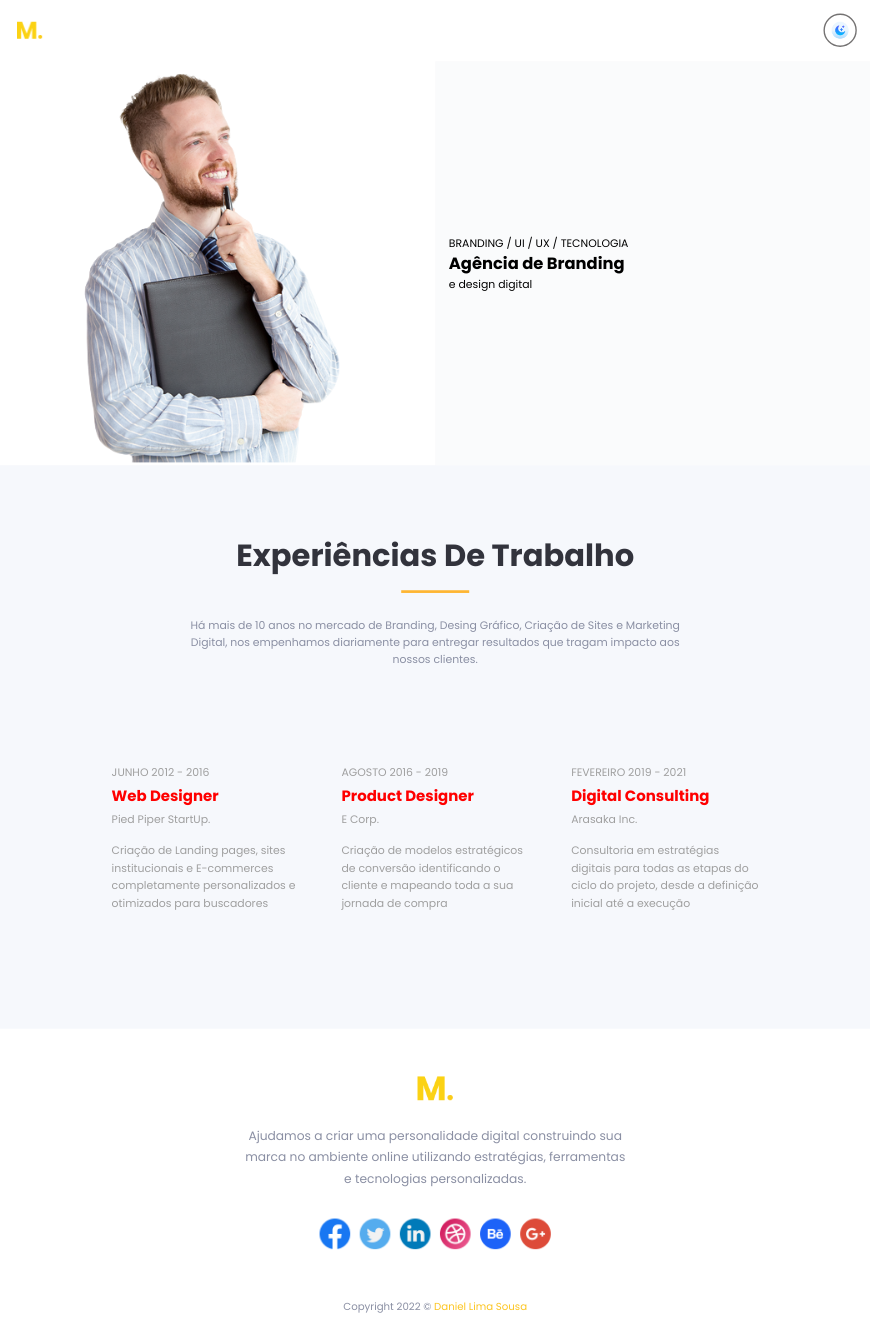
Repository: Daniells642/agencia-digital
Page: /
An editor plug-in stored every save of this project. The page is shown before and after the next save, followed by the edit.
The browser window is 1280 px wide. The pictures show the whole page, at 68% of full size.
The project was rebuilt for these pictures with package versions that can differ from the ones it lists, and the page was loaded fresh each time.

Above is the page before, as saved 2022-12-02 21:20:33.

### public/index.html
<!DOCTYPE html>
<html lang="pt-br">
  <head>
    <meta charset="utf-8" />
    <link rel="icon" href="assets/logo.png" />
    <meta name="viewport" content="width=device-width, initial-scale=1" />
    <meta name="theme-color" content="#000000" />
    <meta name="description"content="Web site created using create-react-app"/>
    <link rel="apple-touch-icon" href="%PUBLIC_URL%/logo192.png" />
    <link rel="manifest" href="%PUBLIC_URL%/manifest.json" />
    <link rel="preconnect" href="https://fonts.googleapis.com">
    <link rel="preconnect" href="https://fonts.gstatic.com" crossorigin>
    <link href="https://fonts.googleapis.com/css2?family=Poppins:wght@400;500;600;700;800;900&display=swap" rel="stylesheet">
    <title>Agência Digital</title>

  </head>
  <body>
    <noscript>You need to enable JavaScript to run this app.</noscript>
    <div id="root"></div>
    <!--
      This HTML file is a template.
      If you open it directly in the browser, you will see an empty page.

      You can add webfonts, meta tags, or analytics to this file.
      The build step will place the bundled scripts into the <body> tag.

      To begin the development, run `npm start` or `yarn start`.
      To create a production bundle, use `npm run build` or `yarn build`.
    -->
  </body>
</html>

### src/App.js
import Rodape from "./componentes/Rodape";
import SecaoExperienciaTrabalho from "./componentes/SecaoExperienciaTrabalho";
import Topo from "./componentes/Topo";
import SecaoBanner from "./componentes/SecaoBanner";
import "./App.css";
import React, { useState } from 'react';



function App() {

  const [ehTemaEscuro, setTemaEscuro] = useState(false)

  const alterarTema = () => {
    setTemaEscuro(!ehTemaEscuro)
  }

  return (
    <main>
      <Topo alterarTema={alterarTema} ehTemaEscuro={ehTemaEscuro} />
      <SecaoBanner alterarTema={alterarTema} ehTemaEscuro={ehTemaEscuro} />
      <SecaoExperienciaTrabalho alterarTema={alterarTema} ehTemaEscuro={ehTemaEscuro} />
      <Rodape alterarTema={alterarTema} ehTemaEscuro={ehTemaEscuro} />
    </main>
  );
}

export default App;

### src/componentes/Rodape/index.jsx
import './style.css';
import Logo from '../../assets/logo.png';
import iconeFacebook from '../../assets/facebook.png';
import iconeTwitter from '../../assets/twitter.png';
import iconeLinkedin from '../../assets/linkedin.png';
import iconeDribble from '../../assets/dribble.png';
import iconeBehance from '../../assets/behance.png';
import iconeGooglePlus from '../../assets/google-plus.png';

export default function Rodape(props) {
  return(
    <footer className={props.ehTemaEscuro ? 'rodape-modo-escuro' : 'rodape-modo-claro'}>
      <img src={Logo} alt="logomarca"/>
      <p className="paragrafo">
        Ajudamos a criar uma personalidade digital construindo sua marca no ambiente online utilizando estratégias,
        ferramentas e tecnologias personalizadas.
      </p>
      <div className="iconesRodape">
        <img src={iconeFacebook} alt="facebook"/>
        <img src={iconeTwitter} alt="twitter"/>
        <img src={iconeLinkedin} alt="linkedin"/>
        <img src={iconeDribble} alt="dribble"/>
        <img src={iconeBehance} alt="behance"/>
        <img src={iconeGooglePlus} alt="google plus"/>
      </div>
      <div className={props.ehTemaEscuro ? 'borda-rodape-escuro' : ''}>
        <p className="copyright">Copyright 2022 &copy; <span>Daniel Lima Sousa</span></p>
      </div>
    </footer>
  )
}

### src/componentes/SecaoExperienciaTrabalho/index.jsx
import Card from '../Card';
import './style.css';

export default function SecaoExperienciaTrabalho(props) {
    return (
      <section id='secao-experiencia' className={props.ehTemaEscuro ? 'secao-modo-escuro' : 'secao-modo-claro'}>

            <div id='container-texto' className={props.ehTemaEscuro ? 'texto-modo-escuro' : 'texto-modo-claro'}>
                <h1>Experiências De Trabalho</h1>
                <p> Há mais de 10 anos no mercado de Branding, Desing Gráfico, Criação de
                Sites e Marketing Digital, nos empenhamos diariamente para entregar
                resultados que tragam impacto aos nossos clientes.
                </p>
            </div>

            <div className="container-cards limitar-secao">
              <Card
                data="JUNHO 2012 - 2016"
                titulo="Web Designer"
                empresa="Pied Piper StartUp."
                paragrafo="Criação de Landing pages, sites institucionais e E-commerces completamente personalizados e otimizados para buscadores"
              />
              <Card
                data="AGOSTO 2016 - 2019"
                titulo="Product Designer"
                empresa="E Corp."
                paragrafo="Criação de modelos estratégicos de conversão identificando o cliente e mapeando toda a sua jornada de compra"
              />
              <Card
                data="FEVEREIRO 2019 - 2021"
                titulo="Digital Consulting"
                empresa="Arasaka Inc."
                paragrafo="Consultoria em estratégias digitais para todas as etapas do ciclo do projeto, desde a definição inicial até a execução"
              />
        </div>



      </section>
    );
  }

### src/componentes/Topo/index.jsx
import './style.css';
import Logo from '../../assets/logo.png';
import iconeSol from '../../assets/sun.png';
import iconeLua from '../../assets/moon.png';

export default function Topo(props) {
    return (
      <header className={props.ehTemaEscuro ? "topo-modo-escuro" : "topo-modo-claro"}>
            <img className="logo" src={Logo} alt="Logotipo"/>
            <button onClick={props.alterarTema} className={props.ehTemaEscuro ? 'botao-modo-escuro' : 'botao-modo-claro'}>
                <img className="btn-icone" src={props.ehTemaEscuro ? iconeSol : iconeLua} alt="ícone para alterar o tema"/>
            </button>
      </header>
    );
  }

### src/componentes/SecaoBanner/index.jsx
import './style.css';

export default function SecaoBanner(props) {
    return (
            <section id='secaoBanner'>

              <div id='imagemFundo' className={props.ehTemaEscuro ? 'fundo-modo-escuro' : 'fundo-modo-claro'}> </div>

              <div className="texto-secao-banner">
                  <p>BRANDING / UI / UX / TECNOLOGIA</p>
                  <h1>Agência de Branding</h1>
                  <span>e design digital</span>
              </div>

            </section>
    );
  }

### src/App.css
*{
  margin: 0;
  padding: 0;
  box-sizing: border-box;
  font-family: 'Poppins', sans-serif;
}

### src/componentes/Rodape/style.css
footer {
    display: flex;
    flex-direction: column;
    align-items: center;
    justify-content: center;
    padding-top: 70px;
  }
  .paragrafo {
    padding: 0px 20px;
    font-size: 18px;
    font-weight: 300;
    color: #8a8fa3;
    max-width: 600px;
    line-height: 32px;
    text-align: center;
    margin: 36px auto 42px;
  }
  .iconesRodape {
    display: flex;
    justify-content: space-around;
    width: 100%;
    max-width: 375px;
    padding: 0px 10px;
    margin-bottom: 50px;
  }
  .iconesRodape img {
    width: 45px;
    cursor: pointer;
  }
  .copyright {
    width: 100%;
    font-size: 15px;
    font-weight: 300;
    line-height: 28px;
    color: #8a8fa3;
    padding: 20px 0px;
    text-align: center;
  }

  .copyright span {
    color: #fcc520;
  }
  /*modo claro*/
  .rodape-modo-claro {
    background-color: #fff;
  }
  /*modo escuro*/
  .rodape-modo-escuro {
    background-color: #252525;
  }
  .borda-rodape-escuro {
    border-top: 1px solid #ffffff0d;
    width: 100%;
  }

### src/componentes/Card/index.jsx
import './style.css';

export default function Card(props) {
    return (
      <div id="card" className={props.ehTemaEscuro ? 'card-modo-claro' : 'card-modo-escuro'}>
        <p className="primeiroParagrafo">{props.data}</p>
        <h4>{props.titulo}</h4>
        <p className="segundoParagrafo">{props.empresa}</p>
        <p>{props.paragrafo}</p>
    </div>
   );
  }

### src/componentes/SecaoExperienciaTrabalho/style.css
#secao-experiencia {
    display: flex;
    flex-direction: column;
    align-items: center;
    justify-content: center;
    padding: 100px 20px;
}



#container-texto {
    display: flex;
    flex-direction: column;
    text-align: center;
    align-items: center;
}

#container-texto h1 {
    position: relative;
    font-size: 45px;
    font-weight: 700;
    padding-bottom: 20px;
    margin-bottom: 35px;
}

#container-texto h1::before {
    position: absolute;
    content: "";
    bottom: 0;
    left: 0;
    right: 0;
    margin: 0 auto;
    width: 100px;
    height: 4px;
    background-color: #feb633;
}

#container-texto p {
    font-size: 16px;
    font-weight: 400;
    max-width: 770px;
    margin-bottom: 70px;
}
.container-cards {
    display: flex;
    justify-content: center;

}
.limitar-secao {
    width: 100%;
    max-width: 1024px;
    margin: 0 auto;
  }
@media screen and (max-width: 768px) {
    .container-cards {
      flex-direction: column;
    }
  }

/*modo claro*/
.secao-modo-claro {
	background-color: #f6f8fc;
}
.texto-modo-claro h1{
	color: #32333c;
}
.texto-modo-claro p {
	color: #8a8fa3;
}

/*modo escuro*/
.secao-modo-escuro {
	background-color: #393838;
}
.texto-modo-escuro h1{
    color: #fff;
}
.texto-modo-escuro p{
    color: #fff;
}

### src/componentes/Topo/style.css
header {
    width: 100%;
    padding: 20px;
    display: flex;
    align-items: center;
    justify-content: space-between;
    position: fixed;
    z-index: 1;
  }
.logo{
    max-height: 35px;
    padding: 5px;
}

button {
    display: flex;
    align-items: center;
    padding: 10px 10px;
    cursor: pointer;
  }
.btn-icone {
    width: 25px;
    height: 25px;
}

/*Modo claro*/
.topo-modo-claro {
    background-color: #fff;
}
.botao-modo-claro {
    display: flex;
    align-items: center;
    border: 2px solid #747272;
    border-radius: 25px;
    padding: 10px;
    cursor: pointer;
    background-color: #fff;
}

/*Modo escuro*/
.topo-modo-escuro {
    background-color: #252525;
    border-bottom: 1px solid #ffffff0d;
}
.botao-modo-escuro {
    background-color: #252525;
    border-radius: 25px;
    border: 2px solid #fff;
}

### src/componentes/SecaoBanner/style.css
#secaoBanner {
    height: 95vh;
    padding-top: 90px;
    display: flex;
    position: relative;
}

#imagemFundo {
    width: 50%;
    background-image: url('../../assets/banner.png');
    background-position: center;
    background-repeat: no-repeat;
    background-size: contain;
    object-fit: cover;
}

.texto-secao-banner {
    width: 50%;
    padding: 0px 20px;
    display: flex;
    flex-direction: column;
    justify-content: center;
    background-color: #fafbfc;
}

.secao-banner p {
    color: #022144;
    font-size: small;
}

.secao-banner h1 {
    color: #022144;
    font-weight: 200;
}

.secao-banner span {
    color: #022144;
    font-weight: 900;
}

@media screen and (max-width: 768px) {
    #imagemFundo {
      width: 0;
    }

    .texto-secao-banner{
      width: 100%;
    }
}

/*modo claro*/
.fundo-modo-claro{
    background-color: #fff;
}
/*modo escuro*/
.fundo-modo-escuro {
    background-color: #252525;
}

### src/componentes/Card/style.css
#card {
    width: 33%;
    padding: 70px 30px;
    display: flex;
    flex-direction: column;
    cursor: pointer;
  }

  #card:hover{
    background-color: #feb633;
    transition: all 1s;
  }

  #card h4 {
    font-size: 22px;
    margin-bottom: 5px;
  }

  #card p {
    font-size: 16px;
    font-weight: 400;
    line-height: 26px;
  }

  .card-modo-claro {
    border: 1px solid #edecec;
  }

  .card-modo-claro h4 {
    color: #32333a;
  }

  .card-modo-claro p {
    color: #8a8fa3;
  }

  .primeiroParagrafo {
    margin-bottom: 5px;
  }

  .segundoParagrafo {
    margin-bottom: 20px;
  }

  @media screen and (max-width: 768px) {
    #card {
      width: auto;
    }
  }

/*modo escuro*/
  .card-modo-escuro {
    border: 1px solid #ffffff0d;
  }

  .card-modo-escuro h4{
    color: red;
  }

  .card-modo-escuro p {
    color: #9F9F9F;
  }

Loaded but not shown: src/index.js (common file)

After the next save:
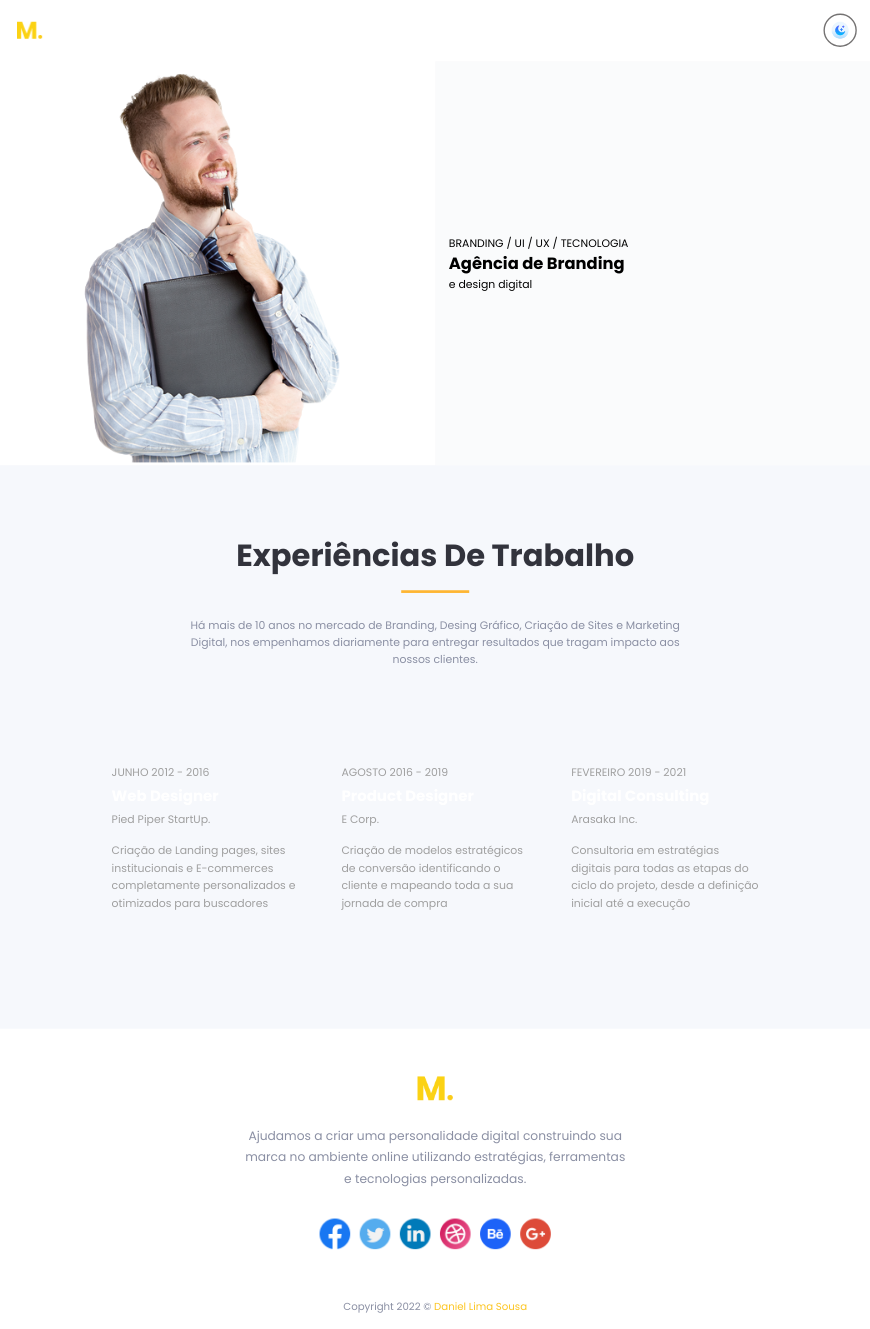
Saved 31 s later.
--- a/src/componentes/Card/style.css
+++ b/src/componentes/Card/style.css
@@ -54,7 +54,7 @@
   }
 
   .card-modo-escuro h4{
-    color: red;
+    color: #ffffff;
   }
 
   .card-modo-escuro p {
